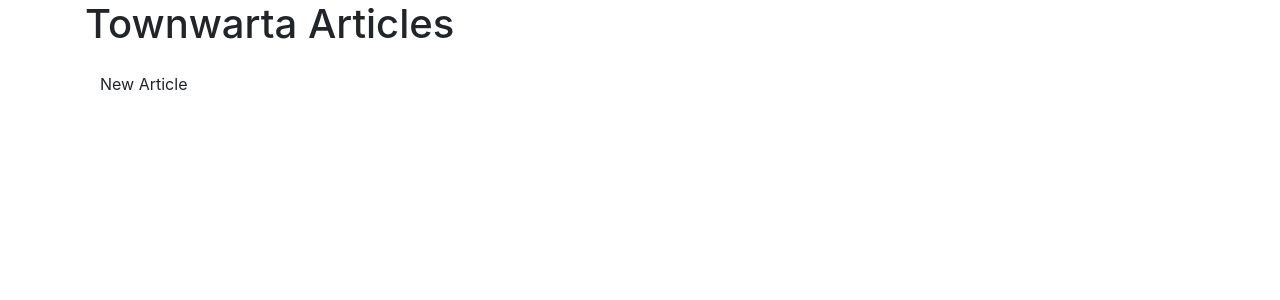
Repository: shivanand1988-28-06/townwarta
Page: http://localhost/
The author's editor kept a copy of each file at every save. The page is drawn from the files as they stood at one save, then again after the next save.
The browser window is 1280 px wide. The pictures show the whole page.
The page is served by the project's Node server (Townwarta.js). Queries for data that is not in the repository find no rows.

Above is the page before, as saved 2022-08-29 13:38:35.

After the next save:
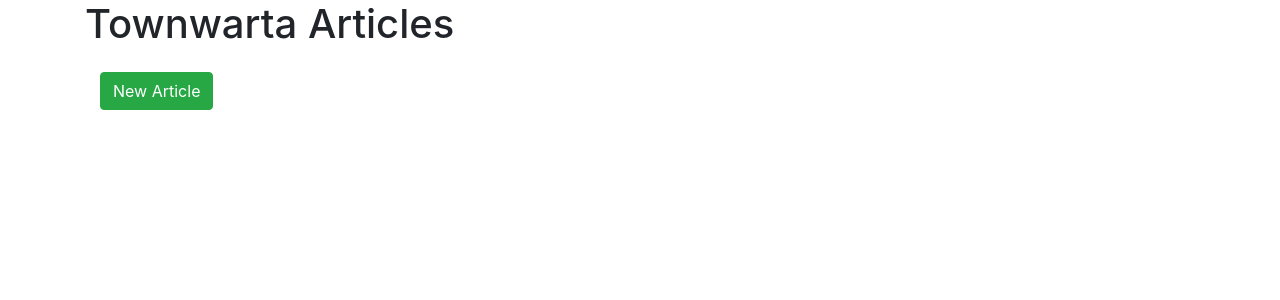
Saved 26 s later.
--- a/views/articles/index.ejs
+++ b/views/articles/index.ejs
@@ -28,7 +28,7 @@
         </div>
       </div>
     <% }) %>
-    <div class = "container"
+    <div class = "container">
     <a href="/articles/new" class="btn btn-success">New Article</a>
   </div>
   </div>
